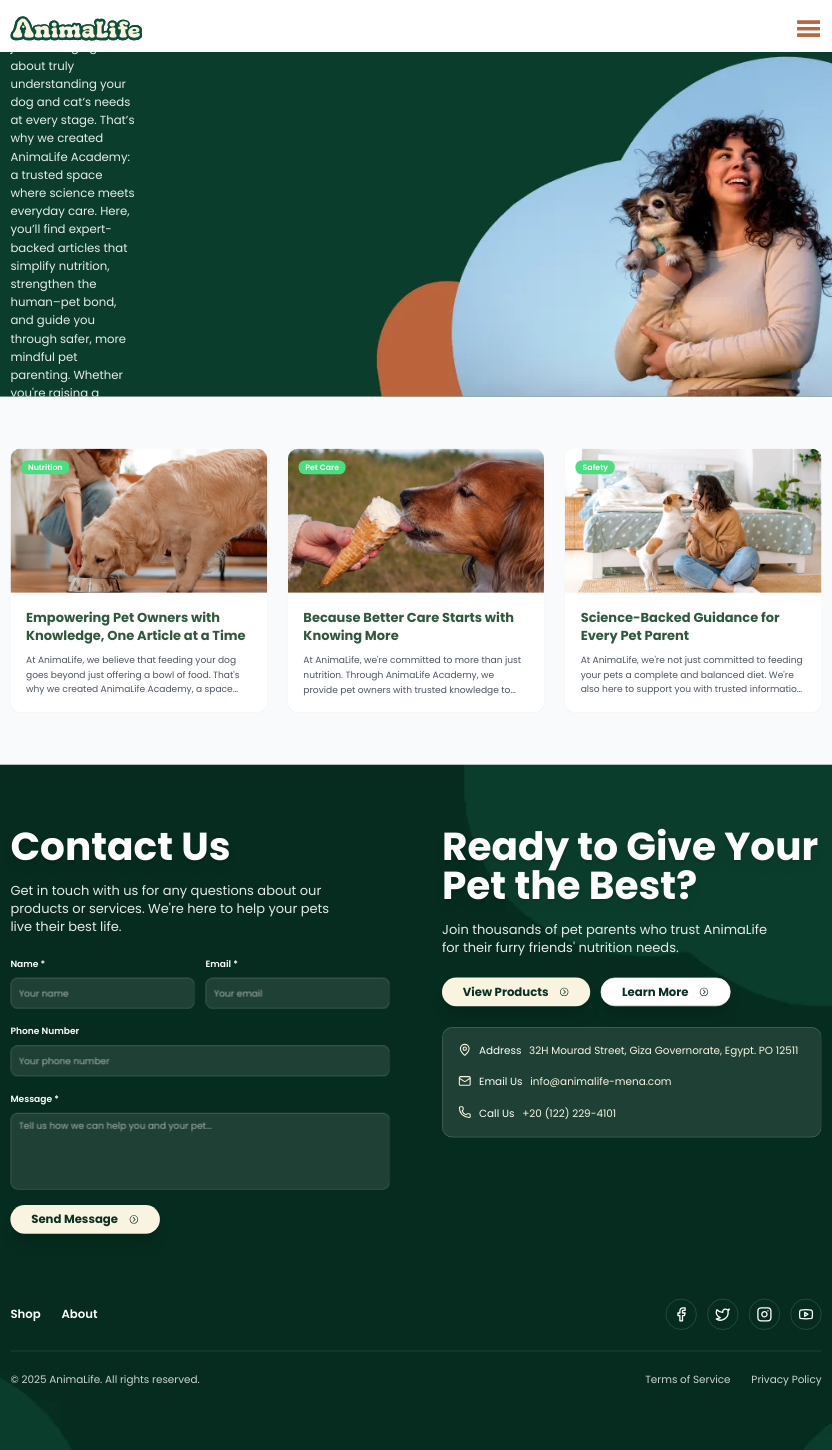
Repository: the-jupiteragency/animalife
Page: /academy
The author's editor kept a copy of each file at every save. The page is drawn from the files as they stood at one save, then again after the next save.
The browser window is 1280 px wide. The pictures show the whole page, at 65% of full size.
The project was rebuilt for these pictures with package versions that can differ from the ones it lists, and the page was loaded fresh each time. The framework's server and built-in components were replaced by stand-ins that run in the browser. Also part of the build but not shown: next.config.mjs.

Above is the page before, as saved 2025-08-10 17:36:59.

After the next save:
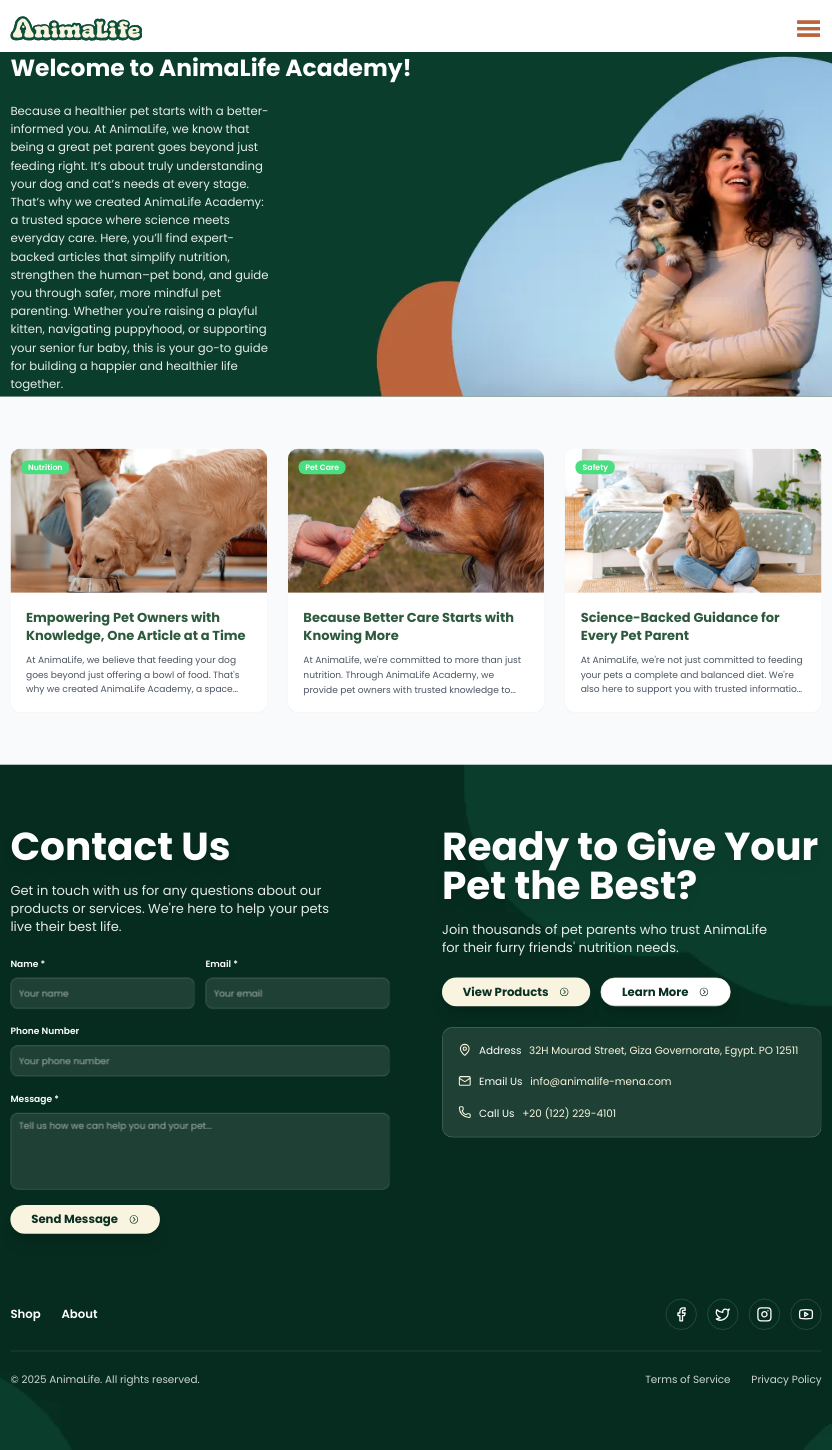
Saved 8 s later.
--- a/app/academy/page.tsx
+++ b/app/academy/page.tsx
@@ -33,7 +33,7 @@
               <h1 className="text-4xl md:text-5xl lg:text-4xl font-bold text-white mb-8 leading-tight">
                 Welcome to AnimaLife Academy!
               </h1>
-              <p className="w-[200px] text-lg md:text-lg text-white/90 leading-relaxed">
+              <p className="w-[400px] text-lg md:text-lg text-white/90 leading-relaxed">
                 Because a healthier pet starts with a better-informed you. At
                 AnimaLife, we know that being a great pet parent goes beyond
                 just feeding right. It’s about truly understanding your dog and
